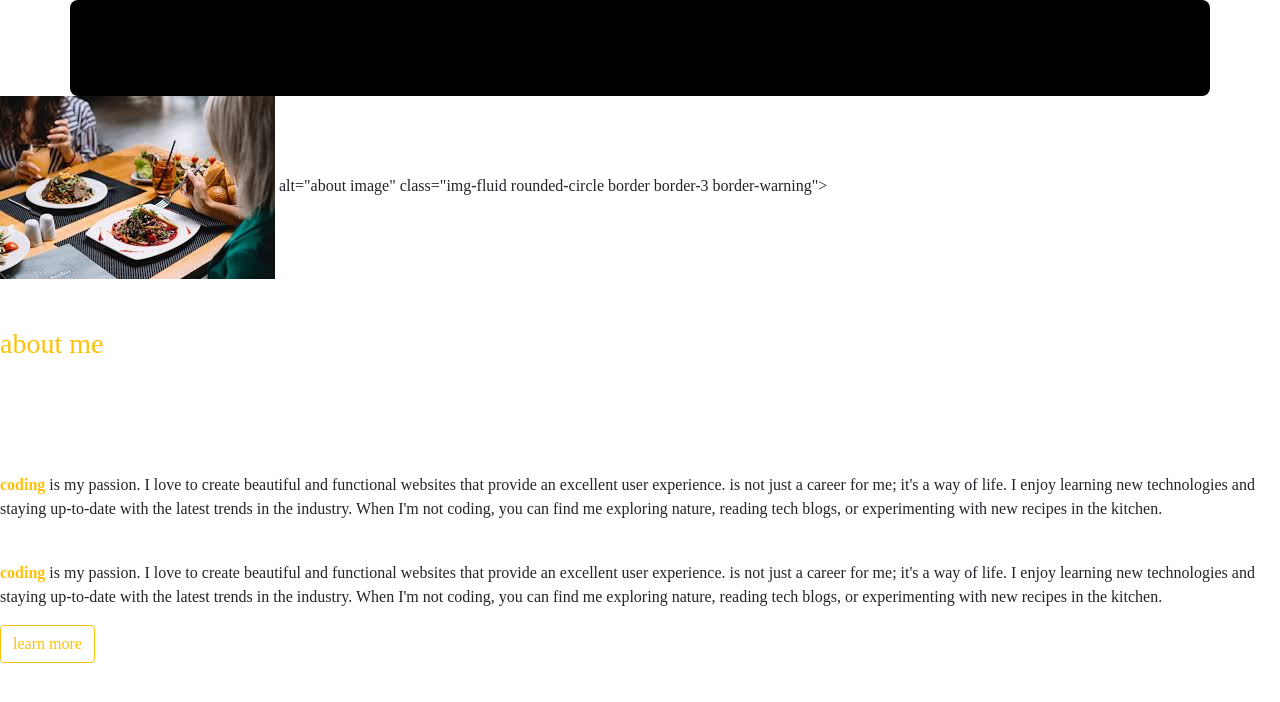
Repository: abeera518/part-2
Page: about.html
These files come from the project's save history. The page is drawn as it stood at one moment and after the next save; the edit follows.
The browser window is 1280 px wide. The pictures show the whole page.

Above is the page before, as saved 2025-11-20 23:20:10.

After the next save:
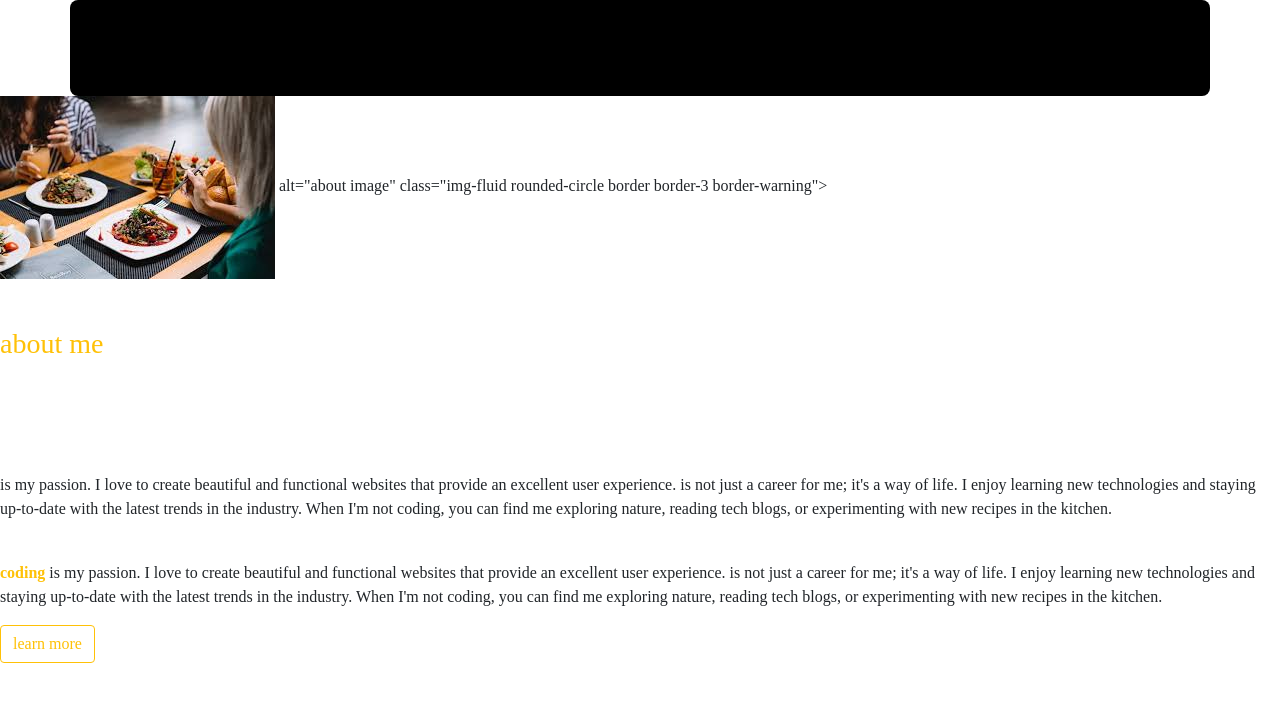
Saved 17 s later.
--- a/about.html
+++ b/about.html
@@ -19,7 +19,7 @@
         <h1 class="m-heading">a little bit about me</h1>
     </div>
     <p>
-        <b class="text-warning"> coding</b> is my passion. I love to create beautiful and functional websites that
+        <b class="text-warning"> </b> is my passion. I love to create beautiful and functional websites that
         provide an excellent user experience.<b class="text-warning"></b> is not just a career for me; it's a way of
         life. I enjoy learning new technologies and staying up-to-date with the latest trends in the industry. When I'm
         not coding, you can find me exploring nature, reading tech blogs, or experimenting with new recipes in the
